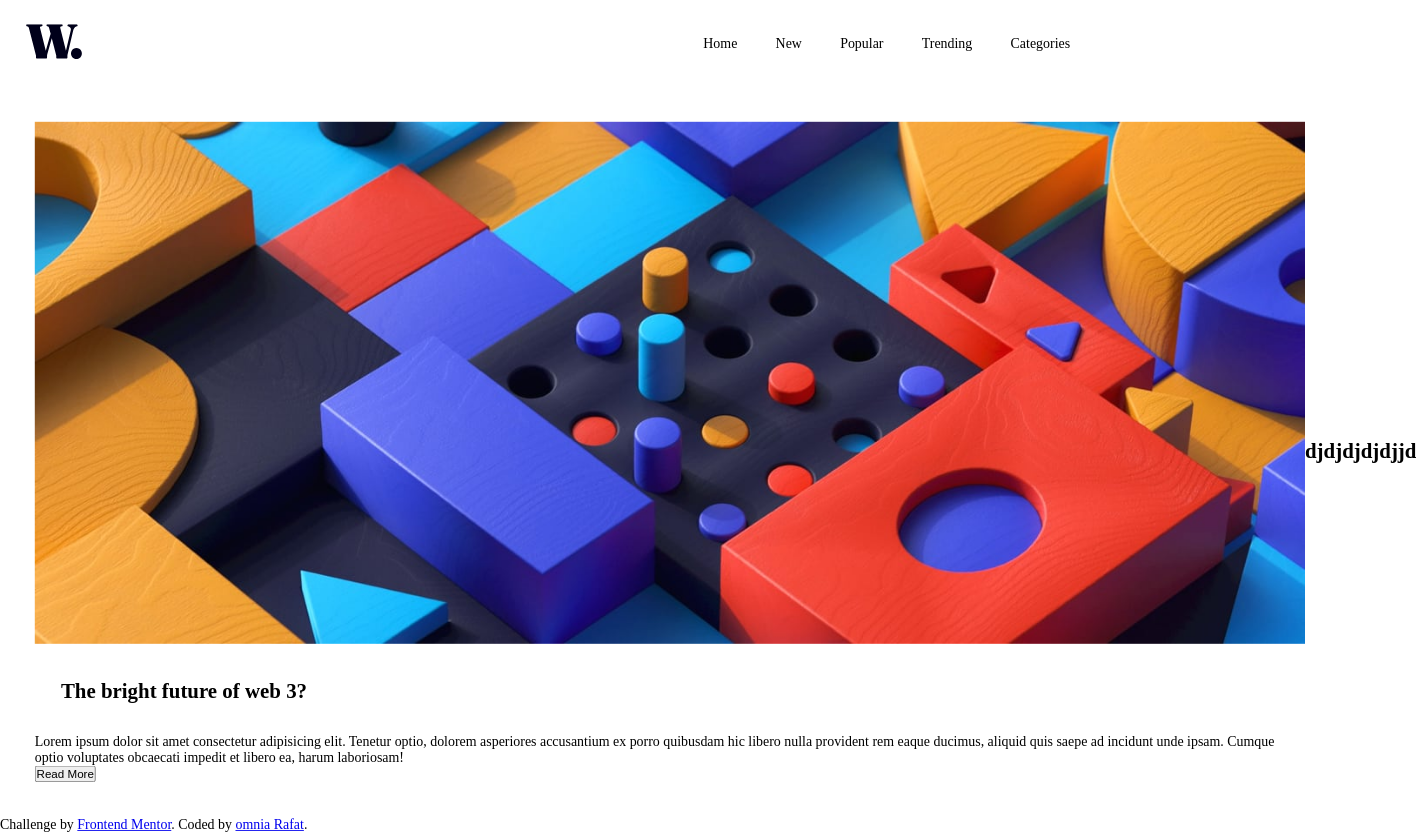
Repository: OmniaRafat232111121/HomePage
Page: index.html
These files come from the project's save history. The page is drawn as it stood at one moment and after a run of saves; the edit follows.
The browser window is 1280 px wide. The page is 1628 px wide, then 1280 px, so the pictures cover 1628 px, including what lies to the right of the window. The pictures show the whole page, at 87% of full size.

Above is the page before, as saved 2022-12-17 15:25:47.

After the next 2 saves:
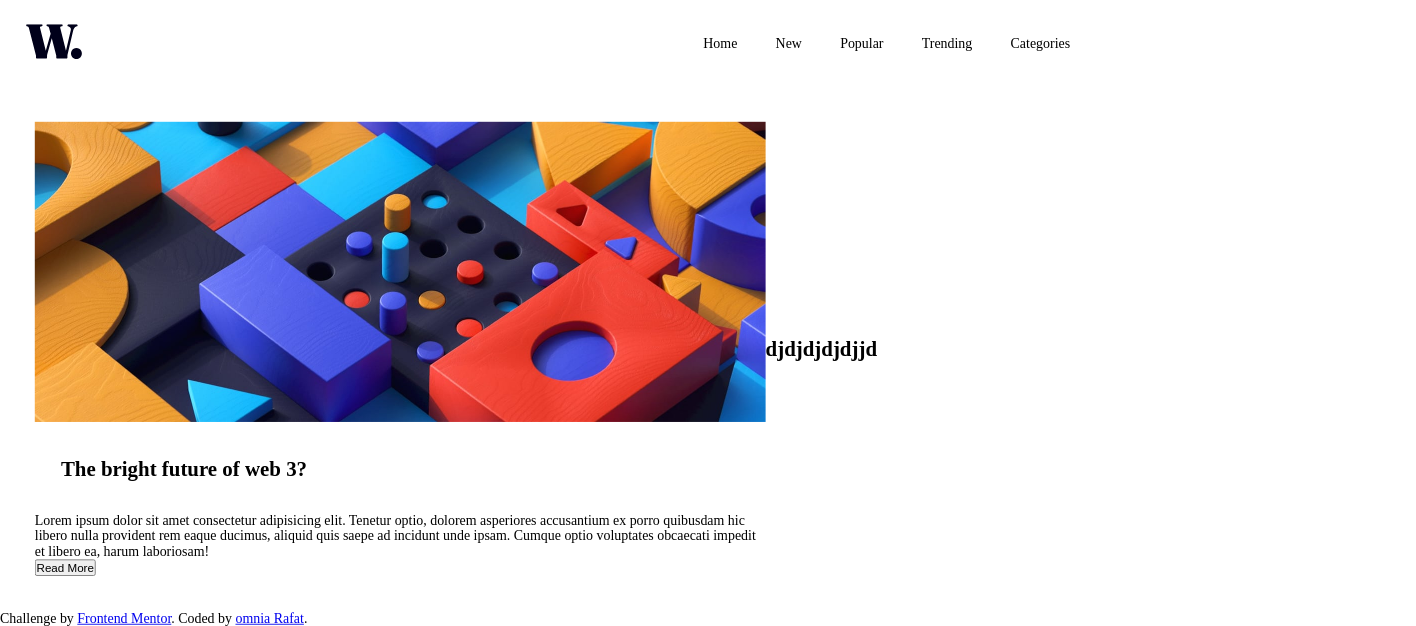
The 2 saves are shown as one change because they came seconds apart.
The last was saved 8 s later.
--- a/style.css
+++ b/style.css
@@ -30,7 +30,9 @@ ul {
 .col-play{
     flex-basis: 70%;
 }
-.col
+.col-play img{
+    max-width: 100%;
+}
 .col-content{
     flex-basis: 30%;
 }
